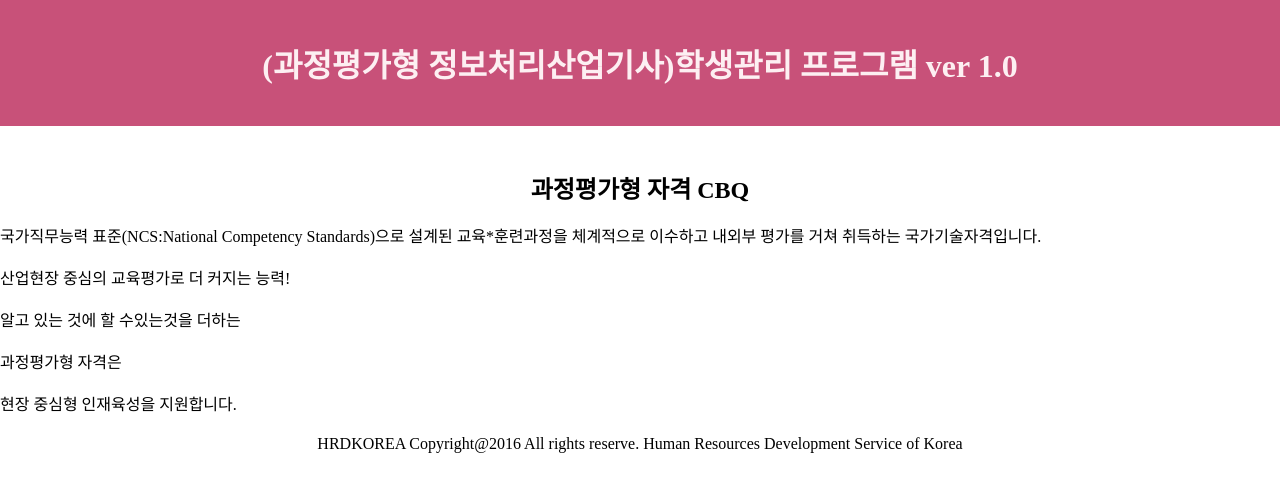
Repository: SeolhwaPark/JSL40_HRDKOREA
Page: http://localhost/HRD_0428_02/
The author's editor kept a copy of each file at every save. The page is drawn from the files as they stood at one save, then again after the next save.
The browser window is 1280 px wide. The pictures show the whole page.
The page is served by Tomcat 9. Other server files are loaded and not shown.

Above is the page before, as saved 2020-04-29 03:55:53.

### HRD_0428_02/WebContent/index.jsp
<%@ page language="java" contentType="text/html; charset=UTF-8"
    pageEncoding="UTF-8"%>
<%@ page import="java.util.*"%>
<%

%>
<!DOCTYPE html>
<html>
<head>
<meta charset="UTF-8">
<title>(과정평가형 정보처리산업기사)학생관리 프로그램 ver 1.0</title>

<style type="text/css">
*{padding:0;margin:0}
.logo{padding:40px 0;text-align:center;color:#fdeff2; background-color:#c85179}
.navi{padding:10px 0;overflow:hidden;}
.navi ul, li{padding:0 10px;float:left;list-style:none}
a{padding:20px;text-decoration:none; color:#fff}

.title{text-align:center;}
.content{margin:0 auto}
.content table{margin:0 auto}
.content table th, td{text-align:center;color:#fdeff2; border: 1px solid #e198b4}
.btn_group{text-align:center;}

.footer{padding:20px 0;}
.footer p{text-align:center;}
</style>
<script type="text/javascript">

</script>

</head>
<body>

<div class="header">
	<header>
		<h1 class="logo">(과정평가형 정보처리산업기사)학생관리 프로그램 ver 1.0</h1>
		<nav class="navi">
			<ul>
				<li><a href="insert.jsp">학생정보등록</a></li>
				<li><a href="list.jsp">학생정보조회</a></li>
				<li><a href="input.jsp">성적정보등록</a></li>
				<li><a href="view.jsp">학생성적조회</a></li>
				<li><a href="view2.jsp">학년성적조회</a></li>
				<li><a href="index.jsp">홈으로</a></li>
			</ul>
		</nav>
	</header>
</div>
<div class="section">
	<section>
		<h2 class="title">과정평가형 자격 CBQ</h2>
		<div class="content">
			<br>국가직무능력 표준(NCS:National Competency Standards)으로 설계된 교육*훈련과정을 체계적으로 이수하고 내외부 평가를 거쳐 취득하는 국가기술자격입니다.<br>
			<br>산업현장 중심의 교육평가로 더 커지는 능력!<br>
			<br>알고 있는 것에 할 수있는것을 더하는<br>
			<br>과정평가형 자격은<br>
			<br>현장 중심형 인재육성을 지원합니다.<br>


	</section>
</div>
<div class="footer">
	<footer>
		<p>HRDKOREA Copyright@2016 All rights reserve. Human Resources Development Service of Korea</p>
	</footer>
</div>
</body>
</html>

After the next save:
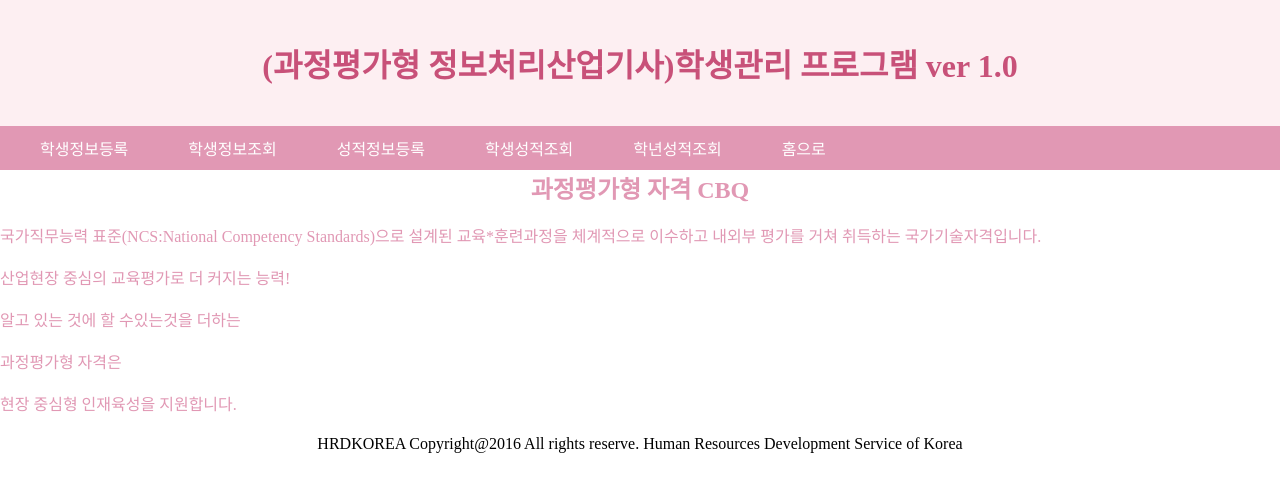
Saved 2 min 45 s later.
--- a/HRD_0428_02/WebContent/index.jsp
+++ b/HRD_0428_02/WebContent/index.jsp
@@ -12,11 +12,12 @@
 
 <style type="text/css">
 *{padding:0;margin:0}
-.logo{padding:40px 0;text-align:center;color:#fdeff2; background-color:#c85179}
-.navi{padding:10px 0;overflow:hidden;}
+.logo{padding:40px 0;text-align:center;color:#c85179; background-color:#fdeff2}
+.navi{padding:10px 0;overflow:hidden; background-color:#e198b4}
 .navi ul, li{padding:0 10px;float:left;list-style:none}
 a{padding:20px;text-decoration:none; color:#fff}
 
+.section{color:#e198b4}
 .title{text-align:center;}
 .content{margin:0 auto}
 .content table{margin:0 auto}
